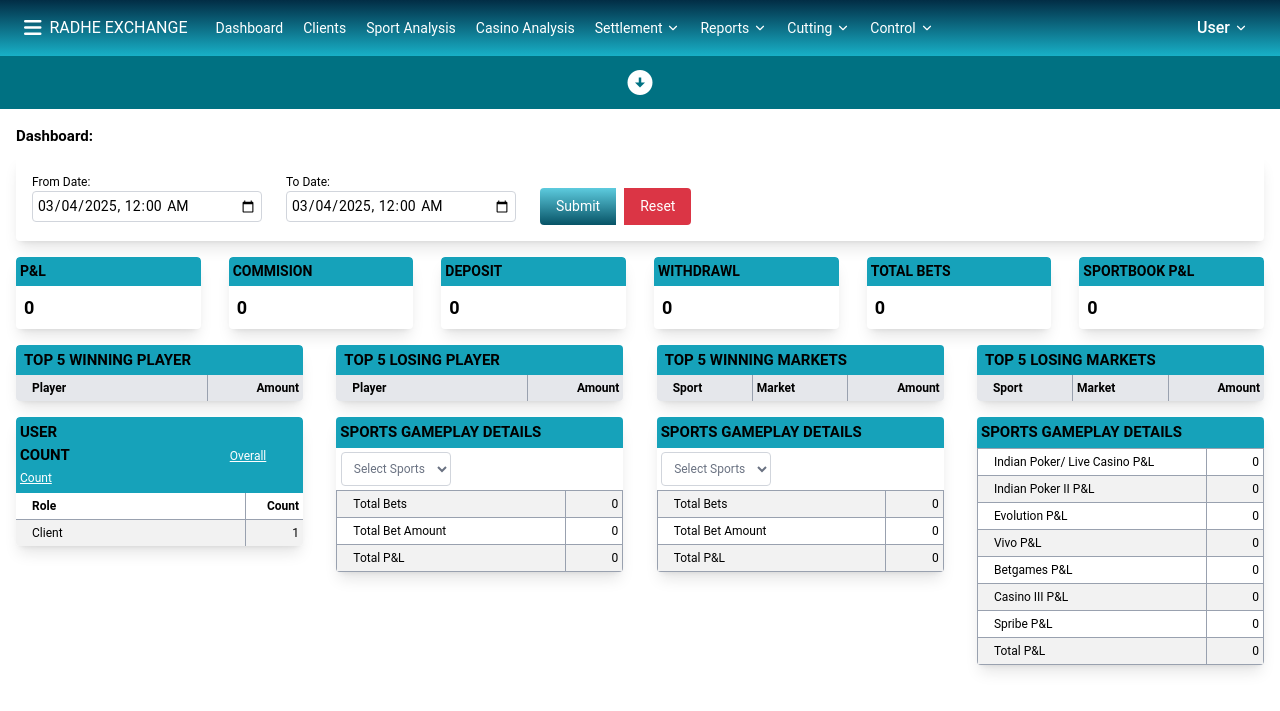
Repository: Habeebur1493/Radhe-Exchange
Page: /dashboard (app in frontend/)
An editor plug-in stored every save of this project. The page is shown before and after the next save, followed by the edit.
The browser window is 1280 px wide. The pictures show the whole page.
Some web libraries are served in a nearby version. The project was rebuilt for these pictures with package versions that can differ from the ones it lists, and the page was loaded fresh each time. Also part of the build but not shown: frontend/vite.config.js, frontend/src/components/login.jsx, frontend/src/components/Register.jsx.

Above is the page before, as saved 2025-03-05 13:38:38.

### frontend/index.html
<!doctype html>
<html lang="en">
  <head>
    <meta charset="UTF-8" />
    <meta name="viewport" content="width=device-width, initial-scale=1.0" />
    <link
    href="https://cdn.jsdelivr.net/npm/remixicon@4.5.0/fonts/remixicon.css"
    rel="stylesheet"
/>
<link rel="stylesheet" href="https://cdnjs.cloudflare.com/ajax/libs/font-awesome/6.7.2/css/all.min.css" integrity="sha512-Evv84Mr4kqVGRNSgIGL/F/aIDqQb7xQ2vcrdIwxfjThSH8CSR7PBEakCr51Ck+w+/U6swU2Im1vVX0SVk9ABhg==" crossorigin="anonymous" referrerpolicy="no-referrer" />
    <title>Radheexch | Admin</title>

  </head>
  <body>
    <div id="root"></div>
    <script type="module" src="/src/main.jsx"></script>
  </body>
</html>

### frontend/src/App.jsx
import React from "react";
import "./App.css";
import { Navigate, Routes, Route } from "react-router-dom";
import Login from "./components/login";
import Register from "./components/Register";
import Dashboard from "./components/dashboard";

const App = () => {
  return (
    <div>
      <Routes>
        <Route path="/" element={<Navigate to="/login" />} />
        <Route path="/login" element={<Login />} />
        <Route path="/register" element={<Register />} />
        <Route path="/dashboard" element={<Dashboard />} />
      </Routes>
    </div>
  );
};

export default App;

### frontend/src/App.css
@import "tailwindcss";

@import url('https://fonts.googleapis.com/css2?family=Roboto:ital,wght@0,100..900;1,100..900&display=swap');

:root {
    --primary-background: linear-gradient(#022d45, #18b0c7);
    --secondary-background: linear-gradient(#5dcbde, #075366);
    --tertiary-background: linear-gradient(#007182, #4ab4c7);
    --four-background: linear-gradient(#075366, #5dcbde);
}

.main{
    background: var(--primary-background);
    font-family: "Roboto", sans-serif;
}

.btn{
    background: var(--secondary-background);
    font-family: "Roboto", sans-serif;
}

nav{
    background: var(--primary-background);
    font-family: "Roboto", sans-serif;
    font-size: 14px;
}
.dashboard{
    font-family: "Roboto", sans-serif;
    font-size: 14px;
}

.sidebar{
    background: var(--tertiary-background);
    font-family: "Roboto", sans-serif;
    font-size: 14px;
}
.btn1{
    background: var(--secondary-background);
    font-family: "Roboto", sans-serif;
    transition: all 0.3s ease-in-out;
}
.btn1:hover{
    background: var(--four-background);
}

.dash{
    font-family: "Roboto", sans-serif;
    font-size: 14px;
}

### frontend/src/components/dashboard.jsx
import React, { useState } from "react";
import { ChevronDown } from "lucide-react";
import Sidebar from "./Sidebar";
import DashContent from "./DashContent";

const Dashboard = () => {
  const [isDropdownOpen, setIsDropdownOpen] = useState(false);
  const [isOpen, setIsOpen] = useState(false);

  return (
    <div className="dashboard min-h-screen bg-gray-200 overflow-x-hidden fixed top-0 left-0 w-full bg-white shadow-md z-50">
      {/* Navbar */}
      <nav className="bg-[--primary-background] text-white flex items-center lg:h-14 h-10 px-4 shadow-md   ">
  <Sidebar />
  <h1 className="text-[10px] lg:text-[16px]">RADHE EXCHANGE</h1>
  {/* Navbar Links (Now Closer to H1) */}
  <div className="ml-6 flex items-center">
    <ul className="hidden md:flex space-x-3">
      {["Dashboard", "Clients", "Sport Analysis", "Casino Analysis"].map(
        (item) => (
          <li key={item}>
            <a
              href="#"
              className="h-14 flex items-center px-1 hover:bg-[#18b0c7] transition-all duration-200 ease-in-out"
            >
              {item}
            </a>
          </li>
        )
      )}

      {/* Dropdown Menus */}
      {["Settlement"].map((item) => (
        <li key={item} className="relative group lg:block hidden">
          <button className="h-14 flex items-center px-1 hover:bg-[#18b0c7] transition-all duration-200 ease-in-out">
            {item}
            <ChevronDown size={14} className="ml-1" />
          </button>

          {/* Dropdown - Show on Hover but only inside the navbar */}
          <div className="absolute left-0 mt-0 w-40 bg-[#16a2ba] text-white opacity-0 invisible group-hover:opacity-100 group-hover:visible transition-all duration-200 ease-in-out">
            <a
              href="#"
              className="block px-4 py-2 hover:bg-[#107a8d] border-b border-gray-500"
            >
              User
            </a>
            <a href="#" className="block px-4 py-2 hover:bg-[#107a8d]">
              Master
            </a>
          </div>
        </li>
      ))}
      {/* Dropdown Menus */}
      {["Reports"].map((item) => (
        <li key={item} className="relative group lg:block hidden">
          <button className="h-14 flex items-center px-1 hover:bg-[#18b0c7] transition-all duration-200 ease-in-out">
            {item}
            <ChevronDown size={14} className="ml-1" />
          </button>

          {/* Dropdown - Show on Hover */}
          <div className="absolute left-0 mt-0 w-40 bg-[#16a2ba] text-white opacity-0 invisible group-hover:opacity-100 group-hover:visible transition-all duration-200 ease-in-out">
            <a
              href="#"
              className="block px-4 py-2 hover:bg-[#107a8d] border-b-1 border-gray-500"
            >
              User Detail
            </a>
            <a
              href="#"
              className="block px-4 py-2 hover:bg-[#107a8d] border-b-1 border-gray-500"
            >
              Account Satatement
            </a>
            <a
              href="#"
              className="block px-4 py-2 hover:bg-[#107a8d]  border-b-1 border-gray-500"
            >
              Settlement/Balance Report
            </a>
            {/* More Report Links */}
          </div>
        </li>
      ))}
      {/* Dropdown Menus */}
      {["Cutting"].map((item) => (
        <li key={item} className="relative group lg:block hidden">
          <button className="h-14 flex items-center px-1 hover:bg-[#18b0c7] transition-all duration-200 ease-in-out">
            {item}
            <ChevronDown size={14} className="ml-1" />
          </button>

          {/* Dropdown - Show on Hover */}
          <div className="absolute left-0 mt-0 w-40 bg-[#16a2ba] text-white opacity-0 invisible group-hover:opacity-100 group-hover:visible transition-all duration-200 ease-in-out">
            <a
              href="#"
              className="block px-4 py-2 hover:bg-[#107a8d]  border-b-1 border-gray-500"
            >
              Agent Master
            </a>
            <a href="#" className="block px-4 py-2 hover:bg-[#107a8d]">
              Cutting History
            </a>
          </div>
        </li>
      ))}
      {/* Dropdown Menus */}
      {["Control"].map((item) => (
        <li key={item} className="relative group lg:block hidden">
          <button className="h-14 flex items-center px-1 hover:bg-[#18b0c7] transition-all duration-200 ease-in-out">
            {item}
            <ChevronDown size={14} className="ml-1" />
          </button>

          {/* Dropdown - Show on Hover */}
          <div className="absolute left-0 mt-0 w-40 bg-[#16a2ba] text-white opacity-0 invisible group-hover:opacity-100 group-hover:visible transition-all duration-200 ease-in-out">
            <a
              href="#"
              className="block px-4 py-2 hover:bg-[#107a8d]  border-b-1 border-gray-500"
            >
              Game
            </a>
            <a href="#" className="block px-4 py-2 hover:bg-[#107a8d]">
              Casino
            </a>
          </div>
        </li>
      ))}
    </ul>
  </div>

  {/* Move Dashboard Dropdown to the Right */}
  <div className="ml-auto">
    <ul className=" md:flex text-sm font-medium">
      <li className="relative">
        <button
          onClick={() => setIsDropdownOpen(!isDropdownOpen)}
          className="flex items-center space-x-1 focus:outline-none px-4 h-14 text-[12px] lg:text-[16px]"
        >
          <span>User</span>
          <ChevronDown size={14} />
        </button>

        {/* Dropdown Menu - Shows on Click */}
        {isDropdownOpen && (
        <div className="absolute h-20 right-5 w-42 bg-white text-gray-800 rounded-sm z-50">
        <a href="#" className="block px-4 py-2 hover:bg-[#5dcbde]">
          <span>
            <i className="fa-solid fa-arrow-right-long"></i>
          </span>{" "}
          Change Password
        </a>
        <a href="#" className="block px-4 py-2 hover:bg-[#5dcbde]">
          <span>
            <i className="fa-solid fa-arrow-right-long"></i>
          </span>{" "}
          Log Out
        </a>
      </div>

        )}
      </li>
    </ul>
  </div>
</nav>


      {/* Header */}
      <header className="bg-[#007182] p-1  ">
        {/* Dropdown Toggle */}
        <div
          className="cursor-pointer flex items-center justify-center"
          onClick={() => setIsOpen(!isOpen)}
        >
          <i
            className={`ri-arrow-down-circle-fill text-white lg:text-[30px] text-[20px]  transition-transform ${
              isOpen ? "rotate-180" : ""
            }`}
          ></i>
        </div>

        {/* Dropdown Content */}
        {isOpen && (
          <div className="bg-[#007182] transition-all duration-300 pb-1 px-4">
          <div className="grid grid-cols-2 gap-4 sm:grid-cols-2 lg:flex lg:justify-evenly items-center text-white text-[10px] sm:text-[12px] lg:text-[14px] w-full mr-4">

            <div className="flex flex-col text-center gap-2 w-full sm:w-1/2 lg:w-auto">
              <h4 className="flex justify-between">
                User ID: <span className="ml-2">776demo</span>
              </h4>
              <h4 className="flex justify-between">
                User Type: <span className="ml-2">Admin</span>
              </h4>
            </div>

            <div className="flex flex-col text-center gap-2 w-full sm:w-1/2 lg:w-auto">
              <h4 className="flex justify-between">
                Given Bal: <span className="text-[#20fa5e] ml-2">1000.00</span>
              </h4>
              <h4 className="flex justify-between">
                Available: <span className="text-[#20fa5e] ml-2">500.00</span>
              </h4>
            </div>

            <div className="flex flex-col text-center gap-2 w-full sm:w-1/2 lg:w-auto">
              <h4 className="flex justify-between">
                Up Line: <span className="lg:ml-6">0</span>
              </h4>
              <h4 className="flex justify-between">
                Down Line: <span className="lg:ml-2">0</span>
              </h4>
            </div>

            <div className="flex flex-col text-center gap-2 w-full sm:w-1/2 lg:w-auto">
              <h4 className="flex justify-between">
                Current P&L: <span className="lg:ml-2">0</span>
              </h4>
              <h4 className="flex justify-between">
                Exposure: <span className="lg:ml-8">0</span>
              </h4>
            </div>

            <div className="flex flex-col text-center gap-2 w-full sm:w-1/2 lg:w-auto lg:mb-7 lg:pl-10">
              <h4 className="flex justify-between">
                My P&L: <span className="lg:ml-10">0</span>
              </h4>
            </div>

          </div>
        </div>

        )}
      </header>
      <DashContent />
    </div>
  );
};

export default Dashboard;

### frontend/src/components/Sidebar.jsx
import React, { useState } from "react";
import { Link } from "react-router-dom";
import SidebarNavitems from "./SidebarNavitems";

const Sidebar = () => {
  const [isOpen, setIsOpen] = useState(false);
  const [dropdowns, setDropdowns] = useState({});
  const [nestedDropdowns, setNestedDropdowns] = useState({});

  const toggleDropdown = (category) => {
    setDropdowns((prev) => ({ ...prev, [category]: !prev[category] }));
  };

  const toggleNestedDropdown = (item) => {
    setNestedDropdowns((prev) => ({ ...prev, [item]: !prev[item] }));
  };


  const menuItems = [
    {
      key: "cricket",
      label: "Cricket",
      items: [
        {
          title: "ICC Champions Trophy",
          subItems: [
            "India v Australia",
            "England v South Africa",
            "South Africa v New Zealand",
          ],
        },
        {
          title: "Women's Premier League",
          subItems: [
            "Women's Premier League",
            "Up Warriorz W v Mumbai Indians W",
            "Gujarat Giants W v Delhi Capitals W",
          ],
        },
        {
          title: "International T20 Masters League",
          subItems: [
            "Sri Lanka Masters v West Indies Masters",
            "India Masters v Australia Masters",
          ],
        },
      ],
    },
    {
      key: "soccer",
      label: "Soccer",
      items: [
        {
          title: "League 1",
          subItems: ["Team A v Team B", "Team C v Team D"],
        },
        {
          title: "League 2",
          subItems: ["Match 3", "Match 4"],
        },
      ],
    },
    {
      key: "tennis",
      label: "Tennis",
      items: [
        {
          title: "Grand Slam",
          subItems: ["Final Match", "Semi Final"],
        },
        {
          title: "ATP Finals",
          subItems: ["Quarter Final", "Round of 16"],
        },
      ],
    },
    {
      key: "Horse",
      label: "Horse",
      items: [
        {
          title: "Grand Prix",
          subItems: ["Final Match", "Semi Final"],
        },
        {
          title: "ATP Finals",
          subItems: ["Quarter Final", "Round of 16"],
        },
      ],
    },
    {
      key: "Greyhound",
      label: "Greyhound",
      items: [
        {
          title: "Grand Prix",
          subItems: ["Final Match", "Semi Final"],
        },
        {
          title: "ATP Finals",
          subItems: ["Quarter Final", "Round of 16"],
        },
      ],
    },
  ];

  return (
    <div className="relative">
      {/* Menu Icon */}
      <button onClick={() => setIsOpen(!isOpen)} className="p-2 text-xl">
        <i className="fa-solid fa-bars"></i>
      </button>

      {/* Sidebar */}
      <div
  className={`sidebar fixed top-0 left-0 h-full w-52 lg:mt-14 pt-10 bg-[--tertiary-background] text-white transition-transform duration-300 z-0 ${
    isOpen ? "translate-x-0" : "-translate-x-full"
  }`}
  style={{ overflowY: "auto" }} // Ensures sidebar content scrolls properly
>
        <SidebarNavitems />
        {/* Sidebar Content - Other items */}
        <ul className=" p-2">
          {menuItems.map(({ key, label, items }) => (
            <li key={key} className="cursor-pointer text-[12px] lg:text-[14px]">
              {/* Main Category */}
              <div
                className="flex justify-between items-center w-full p-2 hover:bg-[#5dcbde] transition-all border-b border-[#18b0c7]"
                onClick={() => toggleDropdown(key)}
              >
                {label}{" "}
                <i
                  className={`fa-solid fa-caret-${
                    dropdowns[key] ? "up" : "down"
                  }`}
                ></i>
              </div>

              {/* First-level Dropdown */}
              <ul
                className={`overflow-hidden text-[11px] bg-[#d2dcf7] text-black transition-all duration-300 ${
                  dropdowns[key]
                    ? "max-h-[1000px] opacity-100"
                    : "max-h-0 opacity-0"
                }`}
              >
                {items.map(({ title, subItems }, index) => (
                  <li key={index} className="pl-6 pr-2 py-2">
                    {/* Square Plus/Minus Icon */}
                    <button
                      onClick={() => toggleNestedDropdown(title)}
                      className="mr-2"
                    >
                      <i
                        className={`fa-solid fa-${
                          nestedDropdowns[title]
                            ? "square-minus"
                            : "square-plus"
                        } text-lg`}
                      ></i>
                    </button>
                    {title}

                    {/* Nested Dropdown */}
                    <ul
                      className={`overflow-hidden transition-all duration-300 ${
                        nestedDropdowns[title]
                          ? "max-h-[1000px] opacity-100 pl-6"
                          : "max-h-0 opacity-0"
                      }`}
                    >
                      {subItems.map((subItem, subIndex) => (
                        <li
                          key={subIndex}
                          className="text-black py-1 flex items-center"
                        >
                          <i className="fa-solid fa-square-xmark mr-2"></i>
                          <Link
                            to={`/${key}/${title}/${subItem}`}
                            className="cursor-pointer"
                          >
                            {subItem}
                          </Link>
                        </li>
                      ))}
                    </ul>
                  </li>
                ))}
              </ul>
            </li>
          ))}
        </ul>
      </div>
    </div>
  );
};

export default Sidebar;

### frontend/src/components/SidebarNavitems.jsx
import React, { useState } from "react";
import { Link } from "react-router-dom";

const navItems = [
  { key: "Dashboard", label: "Dashboard", path: "/dashboard" },
  { key: "Clients", label: "Clients", path: "/clients" },
  { key: "SportAnalysis", label: "Sport Analysis", path: "/sport-analysis" },
  { key: "CasinoAnalysis", label: "Casino Analysis", path: "/casino-analysis" },
  {
    key: "Settlement",
    label: "Settlement",
    items: [
      { title: "User", path: "/settlement/user" },
      { title: "Master", path: "/settlement/master" },
    ],
  },
];

const Sidebar = () => {
  const [dropdowns, setDropdowns] = useState({});

  const toggleDropdown = (key) => {
    setDropdowns((prev) => ({
      ...prev,
      [key]: !prev[key],
    }));
  };

  return (
    <ul className="p-2 lg:hidden">
      {navItems.map(({ key, label, path, items }) => (
        <li key={key} className="text-[12px]">
          {items ? (
            <div
              className="flex justify-between items-center w-full p-2 border-b border-[#18b0c7] cursor-pointer hover:bg-[#5dcbde] transition-all"
              onClick={() => toggleDropdown(key)}
            >
              {label}
              <i
                className={`fa-solid fa-caret-${dropdowns[key] ? "up" : "down"}`}
              ></i>
            </div>
          ) : (
            <Link
              to={path}
              className="block w-full p-2 border-b border-[#18b0c7] hover:bg-[#5dcbde] transition-all"
            >
              {label}
            </Link>
          )}

          {items && (
            <ul
              className={`overflow-hidden text-white transition-all duration-300 ${
                dropdowns[key] ? "max-h-[200px] opacity-100" : "max-h-0 opacity-0"
              }`}
            >
              {items.map(({ title, path }, idx) => (
                <li key={idx}>
                  <Link
                    to={path}
                    className="block w-full pl-6 pr-2 py-2 border-b border-[#18b0c7] hover:bg-[#5dcbde] transition-all"
                  >
                    {title}
                  </Link>
                </li>
              ))}
            </ul>
          )}
        </li>
      ))}
    </ul>
  );
};

export default Sidebar;

Loaded but not shown: frontend/src/main.jsx (common file); frontend/src/components/DashContent.jsx (344 lines, source omitted)

After the next save:
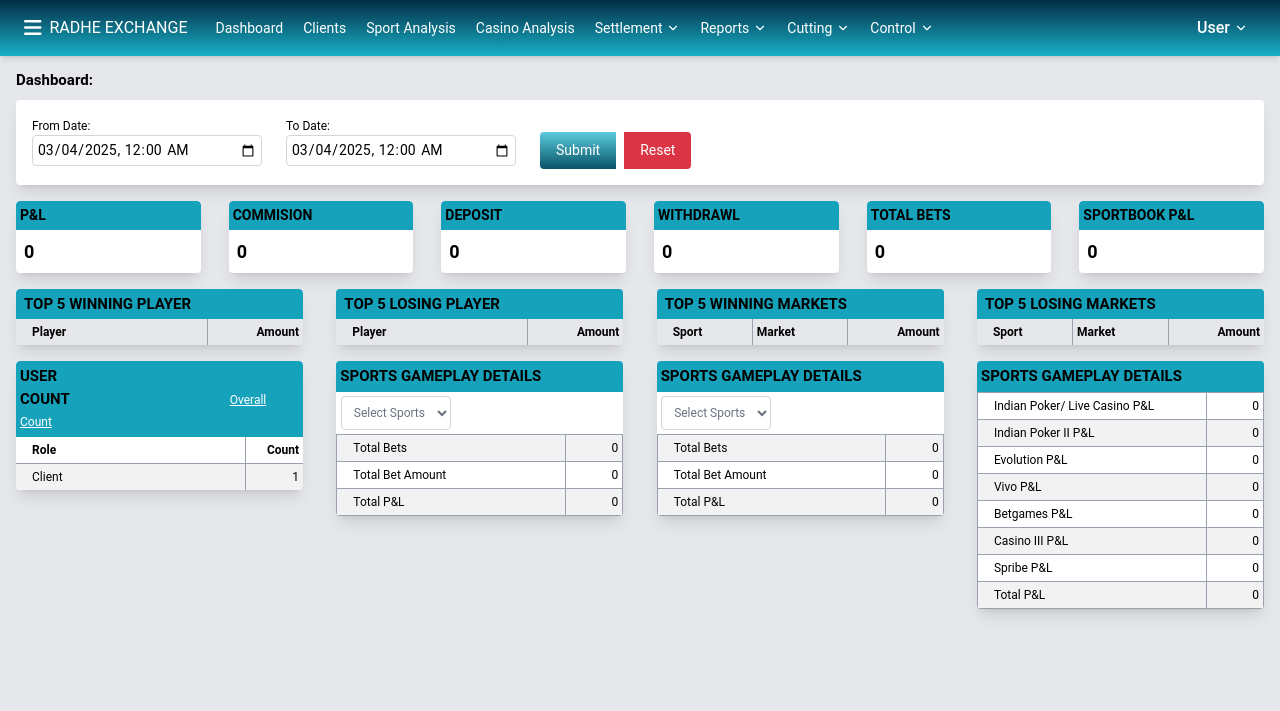
Saved 15 s later.
--- a/frontend/src/components/dashboard.jsx
+++ b/frontend/src/components/dashboard.jsx
@@ -8,9 +8,9 @@ const Dashboard = () => {
   const [isOpen, setIsOpen] = useState(false);
 
   return (
-    <div className="dashboard min-h-screen bg-gray-200 overflow-x-hidden fixed top-0 left-0 w-full bg-white shadow-md z-50">
+    <div className="dashboard min-h-screen bg-gray-200 overflow-x-hidden ">
       {/* Navbar */}
-      <nav className="bg-[--primary-background] text-white flex items-center lg:h-14 h-10 px-4 shadow-md   ">
+      <nav className="bg-[--primary-background] text-white flex items-center lg:h-14 h-10 px-4 shadow-md fixed top-0 left-0 w-full bg-white shadow-md z-50   ">
   <Sidebar />
   <h1 className="text-[10px] lg:text-[16px]">RADHE EXCHANGE</h1>
   {/* Navbar Links (Now Closer to H1) */}
